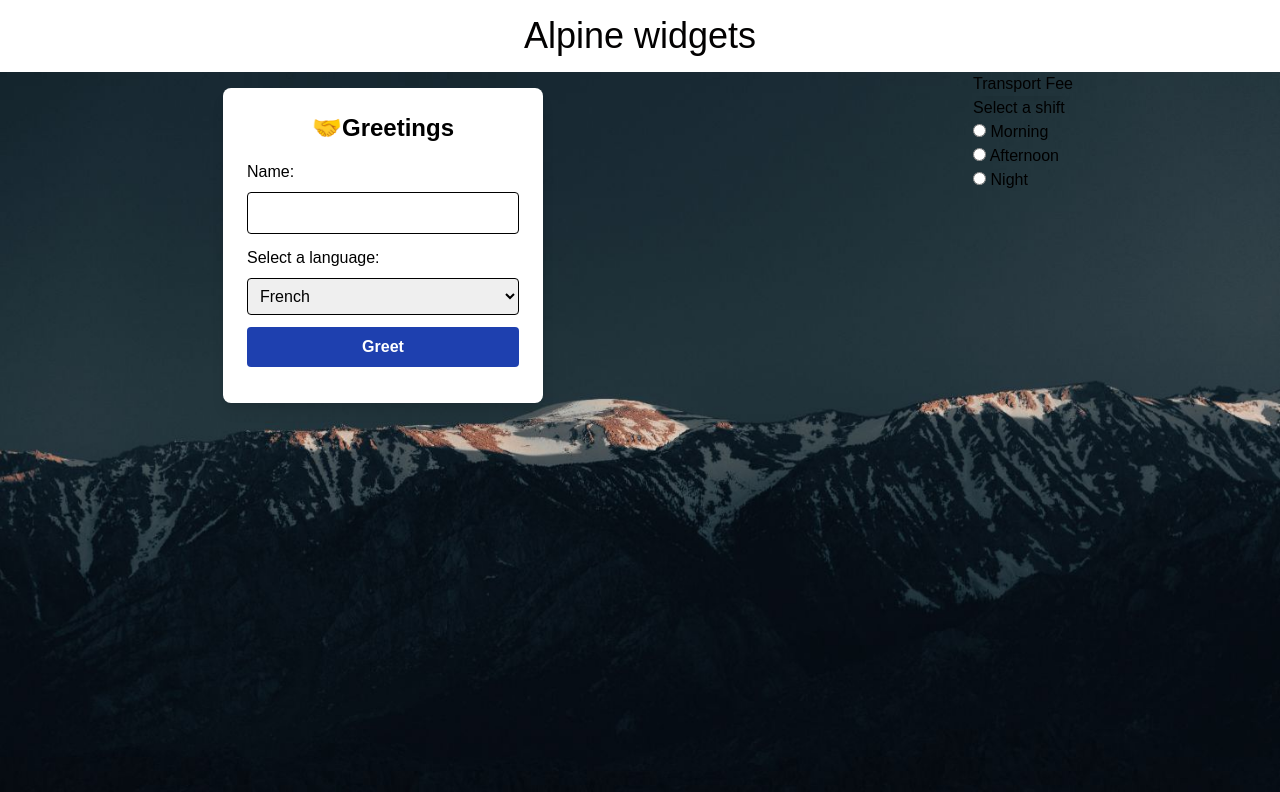
Repository: lasity34/alpine-bootcamp-widgets
Page: index.html
The author's editor kept a copy of each file at every save. The page is drawn from the files as they stood at one save, then again after the next save.
The browser window is 1280 px wide. The pictures show the whole page.
Some web fonts or font styles are not loaded; a fallback is used. Some web libraries are served in a nearby version.

Above is the page before, as saved 2023-07-12 15:22:18.
Console error: ReferenceError: shift is not defined

### index.html
<!DOCTYPE html>
<html lang="en">
  <head>
    <meta charset="UTF-8" />
    <meta name="viewport" content="width=device-width, initial-scale=1.0" />
    <title>Alpine bootcamp widgets</title>
    <script src="https://unpkg.com/alpinejs@3.2.2" defer></script>

    <link
      href="https://cdn.jsdelivr.net/npm/tailwindcss@2.1.2/dist/tailwind.min.css"
      rel="stylesheet"
    />
    <link rel="preconnect" href="https://fonts.googleapis.com" />
    <link rel="preconnect" href="https://fonts.gstatic.com" crossorigin />
    <link
      href="https://fonts.googleapis.com/css2?family=Titillium+Web:ital@0;1&family=Tsukimi+Rounded:wght@300;400;500&display=swap"
      rel="stylesheet"
    />
    <link rel="stylesheet" href="./style.css" />
  </head>
  <body>
    <h1 class="text-4xl text-center mt-4 pb-4">Alpine widgets</h1>
    <div class="widget_container flex justify-around items-start h-screen">
      <section
        class="w-1/4 bg-white rounded-lg shadow-lg p-6 m-4"
        x-data="greet"
      >
        <h2 class="text-2xl text-center font-bold mb-4">🤝Greetings</h2>
        <p
        class="mt-3 text-red-600 text-xl text-center"
        x-text="notification"
        x-show.transition="showNotification"
        x-transition:leave="transition ease-in duration-1000"
        x-transition:leave-start="opacity-100"
        x-transition:leave-end="opacity-0"
      ></p>
        <div>
          <label>Name:</label>
          <input
            type="text"
            x-model="name"
            class="border border-black p-2 mt-2 rounded w-full"
          />

          <label class="mt-3 block">Select a language:</label>
          <select
            x-model="language"
            class="border border-black mt-2 p-2 rounded w-full"
          >
          <option value="French">French</option>
            <option value="English">English</option>
            <option value="Spanish">Spanish</option>
          </select>
          <div class="flex justify-center flex-col">
            <button
              @click="validateInput() & greeting()"
              class="text-center mt-3 bg-blue-800 hover:bg-blue-900 text-white font-bold py-2 px-4 rounded"
            >
              Greet
            </button>

            <p
              class="mt-3 text-purple-700 text-2xl text-center"
              x-text="message"
            ></p>
          </div>
        </div>
      </section>
      <div x-data="transportFee">
        <h1>Transport Fee</h1>

        <label>Select a shift</label>
        <br>

        <input type="radio" id="morning" name="shift" x-model="shift" value="morning" />
        <label for="morning">Morning</label>
        <br>

        <input type="radio" id="afternoon" name="shift" x-model="shift" value="afternoon" />
        <label for="afternoon">Afternoon</label>
        <br>

        <input type="radio" id="night" name="shift" x-model="shift" value="night" />
        <label for="night">Night</label>


      </div>
    </div>

    <script src="./greet.js"></script>
    <script src="./transportFee.js"></script>
  </body>
</html>

### style.css
body {


    font-family: 'Tsukimi Rounded', sans-serif;
}

h1 {
    box-shadow: 0 10px 10px -10px rgba(0,0,0,0.2);
    font-family: 'Tsukimi Rounded', sans-serif;
    color: #020101;
}

.widget_container {
    background-image: url(./background.jpg);
    background-repeat: no-repeat;
    background-size: cover;
    background-position: center;
}

### greet.js


function greet() {
  return {
    name: '',
    language: 'French',
    message: '',
    notification: '',
    showNotification: false,
    greeting() {
      if (!this.validateInput()) {
        return;
      }
      if (this.language === 'English') {
        this.message = `🇬🇧 Hello ${this.name} 🇬🇧`
      } else if (this.language === 'French') {
        this.message = `🇫🇷 Bonjour ${this.name} 🇫🇷`
      } else if (this.language === 'Spanish') {
        this.message = `🇪🇸 Hola ${this.name} 🇪🇸`
      }
      this.name = ''
    },
    validateInput() {
      let regex = /^[a-zA-Z]+$/;  // Regex for letters and spaces only
      if (!this.name) {
        this.notify('Please type in a name');
        return false;
      }
      if (!regex.test(this.name)) {
        this.notify('Please don\'t use special characters');
        this.name = ''
        return false;
      }

      return true;
    },
    notify(msg) {
      this.notification = msg;
      this.showNotification = true;
      setTimeout(() => this.showNotification = false, 3000);
    }
  }
}



document.addEventListener("alpine:init", () => {
    Alpine.data("greet", greet);
  });

### transportFee.js
function transportFee() {
    return {

    }
}




document.addEventListener("alpine:init", () => {
    Alpine.data("transportFee", transportFee);
  });

After the next save:
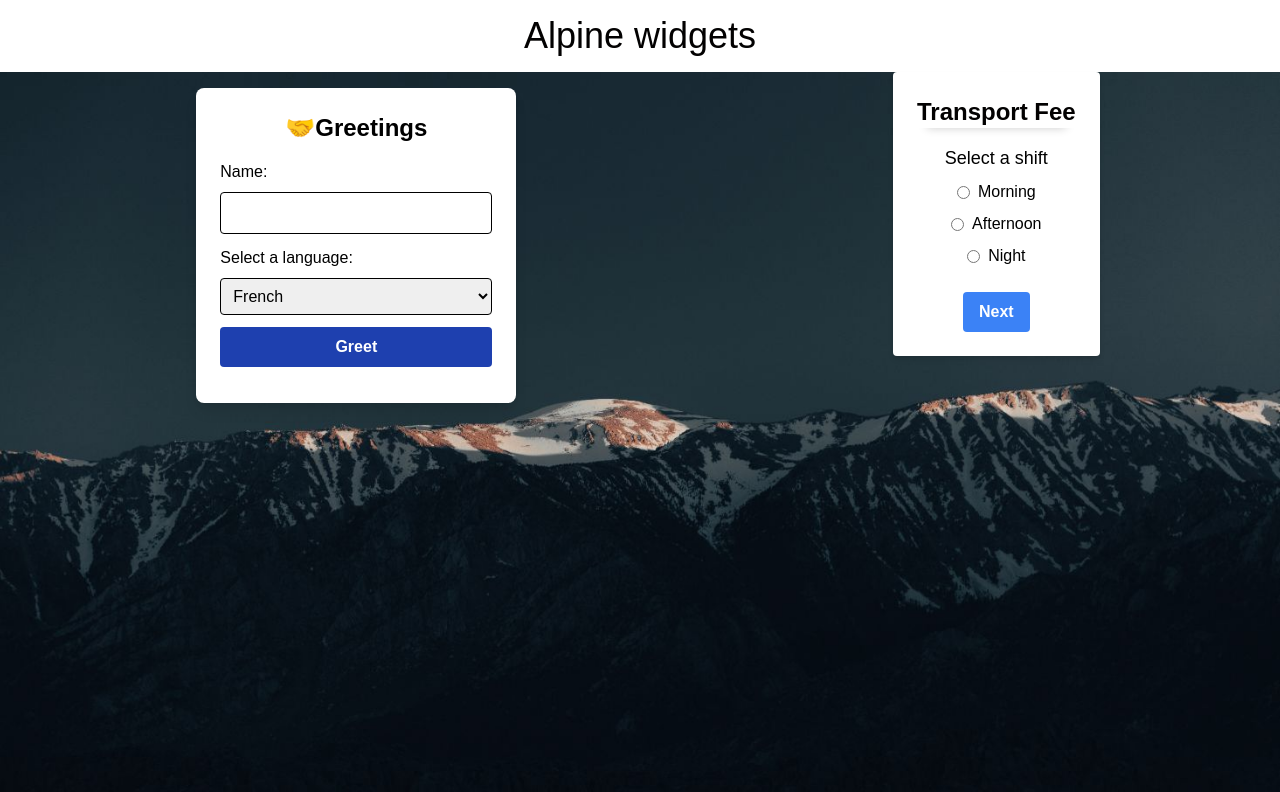
Saved 63 s later.
--- a/index.html
+++ b/index.html
@@ -66,25 +66,31 @@
           </div>
         </div>
       </section>
-      <div x-data="transportFee">
-        <h1>Transport Fee</h1>
+      <div x-data="transportFee" class="flex flex-col items-center bg-white p-6 rounded shadow-md">
+        <h1 class="text-2xl font-bold mb-4">Transport Fee</h1>
 
-        <label>Select a shift</label>
-        <br>
+        <label class="text-lg mb-2">Select a shift</label>
 
-        <input type="radio" id="morning" name="shift" x-model="shift" value="morning" />
-        <label for="morning">Morning</label>
-        <br>
+        <div class="flex items-center mb-2">
+          <input type="radio" id="morning" name="shift" x-model="shift" value="morning" class="mr-2"/>
+          <label for="morning">Morning</label>
+        </div>
 
-        <input type="radio" id="afternoon" name="shift" x-model="shift" value="afternoon" />
-        <label for="afternoon">Afternoon</label>
-        <br>
+        <div class="flex items-center mb-2">
+          <input type="radio" id="afternoon" name="shift" x-model="shift" value="afternoon" class="mr-2"/>
+          <label for="afternoon">Afternoon</label>
+        </div>
 
-        <input type="radio" id="night" name="shift" x-model="shift" value="night" />
-        <label for="night">Night</label>
+        <div class="flex items-center mb-2">
+          <input type="radio" id="night" name="shift" x-model="shift" value="night" class="mr-2"/>
+          <label for="night">Night</label>
+        </div>
 
+        <button @click="validate()" class="mt-4 bg-blue-500 hover:bg-blue-700 text-white font-bold py-2 px-4 rounded">
+          Next
+        </button>
+      </div>
 
-      </div>
     </div>
 
     <script src="./greet.js"></script>
